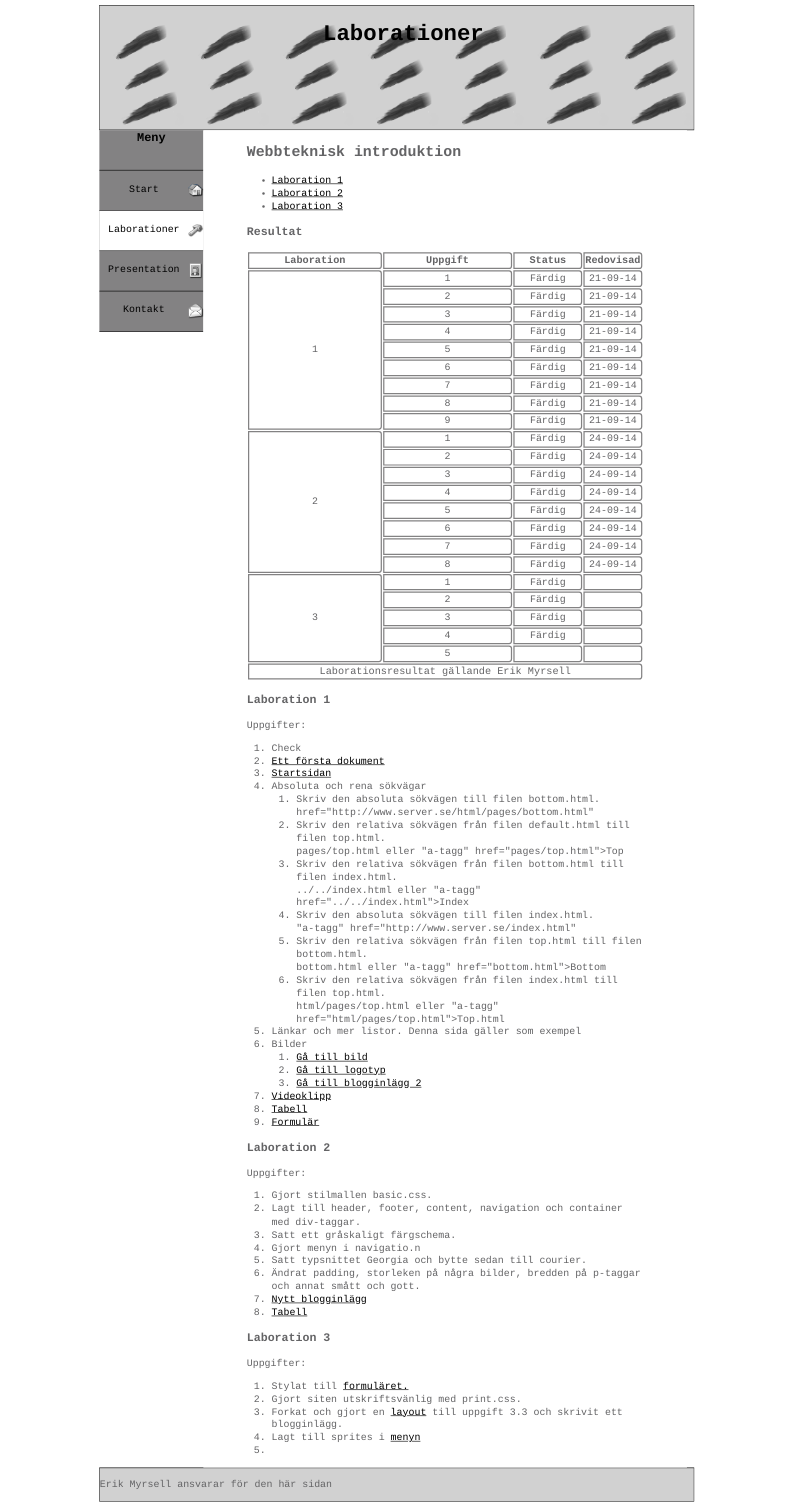
Repository: em222mt/1IK415_em222mt
Page: pages/laborationer.html
The author's editor kept a record of every edit. The page is drawn from the files as they stood at one moment, then again after the next edit.
The browser window is 1280 px wide. The pictures show the whole page, at 62% of full size.

Above is the page before.

### pages/laborationer.html
<!doctype html>
<html lang="sv">

<head>
    <meta charset="utf-8">
    <title>Laborationer</title>

    <link rel="stylesheet" href="../css/basic.css">
    <link rel="stylesheet" href="../css/print.css">
</head>

    <body>

        <div id="container">

            <div id="header">

            <h1 class="headertitle">Laborationer</h1>

            </div>


            <div id="navigation">

            <ul>
                <li>Meny</li>
                <li><a href="../index.html">Start</a><a id="home-icon" href="../index.html"></a></li>
                <li class="active"><a href="laborationer.html">Laborationer</a><a id="work-icon" href="laborationer.html"></a></li>
                <li><a href="presentation.html">Presentation</a><a id="bio-icon" href="presentation.html"></a></li>
                <li><a href="kontakt.html">Kontakt</a><a id="contact-icon" href="kontakt.html"></a></li>
            </ul>

            </div>

            <div id="content">
            <h2>Webbteknisk introduktion</h2>

            <ul>
                <li><a href="#labb1">Laboration 1</a></li>
                <li><a href="#labb2">Laboration 2</a></li>
                <li><a href="#labb3">Laboration 3</a></li>
            </ul>

            <h3>Resultat</h3>

            <table id="table">
                <thead>
                        <tr>
                            <th>Laboration</th>
                            <th>Uppgift</th>
                            <th>Status</th>
                            <th>Redovisad</th>
                        </tr>
                </thead>
                <tfoot>
                    <tr>
                        <td colspan="4">Laborationsresultat gällande Erik Myrsell</td>
                    </tr>
                </tfoot>
                <tbody>
                    <!--Laboration 1-->
                    <tr>
                        <td rowspan="9">1</td>
                        <td>1</td>
                        <td>Färdig</td>
                        <td>21-09-14</td>
                    </tr>

                    <tr>
                        <td>2</td>
                        <td>Färdig</td>
                        <td>21-09-14</td>
                    </tr>
                    <tr>
                        <td>3</td>
                        <td>Färdig</td>
                        <td>21-09-14</td>
                    </tr>
                    <tr>
                        <td>4</td>
                        <td>Färdig</td>
                        <td>21-09-14</td>
                    </tr>
                    <tr>
                        <td>5</td>
                        <td>Färdig</td>
                        <td>21-09-14</td>
                    </tr>
                    <tr>
                        <td>6</td>
                        <td>Färdig</td>
                        <td>21-09-14</td>
                    </tr>
                    <tr>
                        <td>7</td>
                        <td>Färdig</td>
                        <td>21-09-14</td>
                    </tr>
                    <tr>
                        <td>8</td>
                        <td>Färdig</td>
                        <td>21-09-14</td>
                    </tr>
                    <tr>
                        <td>9</td>
                        <td>Färdig</td>
                        <td>21-09-14</td>
                    </tr>
                    <!--Laboration 2-->
                    <tr>
                        <td rowspan="8">2</td>
                        <td>1</td>
                        <td>Färdig</td>
                        <td>24-09-14</td>
                    </tr>
                    <tr>
                        <td>2</td>
                        <td>Färdig</td>
                        <td>24-09-14</td>
                    </tr>
                    <tr>
                        <td>3</td>
                        <td>Färdig</td>
                        <td>24-09-14</td>
                    </tr>
                     <tr>
                        <td>4</td>
                        <td>Färdig</td>
                        <td>24-09-14</td>
                    </tr>
                     <tr>
                        <td>5</td>
                        <td>Färdig</td>
                        <td>24-09-14</td>
                    </tr>
                    <tr>
                        <td>6</td>
                        <td>Färdig</td>
                        <td>24-09-14</td>
                    </tr>
                     <tr>
                        <td>7</td>
                        <td>Färdig</td>
                        <td>24-09-14</td>
                    </tr>
                     <tr>
                        <td>8</td>
                        <td>Färdig</td>
                        <td>24-09-14</td>
                    </tr>
                    <!--Laboration 3-->
                    <tr>
                        <td rowspan="5">3</td>
                        <td>1</td>
                        <td>Färdig</td>
                        <td></td>
                    </tr>
                    <tr>
                        <td>2</td>
                        <td>Färdig</td>
                        <td></td>
                    </tr>
                    <tr>
                        <td>3</td>
                        <td>Färdig</td>
                        <td></td>
                    </tr>
                     <tr>
                        <td>4</td>
                        <td>Färdig</td>
                        <td></td>
                    </tr>
                     <tr>
                        <td>5</td>
                        <td></td>
                        <td></td>
                    </tr>

                </tbody>
            </table>

            <h3 id="labb1">Laboration 1</h3>

            <p>Uppgifter:</p>

            <ol>
                <li>Check</li>
                <li><a href="presentation.html">Ett första dokument</a></li>
                <li><a href="../index.html">Startsidan</a></li>
                <li>Absoluta och rena sökvägar
                    <ol>
                        <li>Skriv den absoluta sökvägen till filen bottom.html.<br>href="http://www.server.se/html/pages/bottom.html"</li>
                        <li>Skriv den relativa sökvägen från filen default.html till filen top.html.<br>pages/top.html eller "a-tagg" href="pages/top.html">Top</li>
                        <li>Skriv den relativa sökvägen från filen bottom.html till filen index.html.<br>../../index.html eller "a-tagg" href="../../index.html">Index</li>
                        <li>Skriv den absoluta sökvägen till filen index.html.<br> "a-tagg" href="http://www.server.se/index.html"</li>
                        <li>Skriv den relativa sökvägen från filen top.html till filen bottom.html.<br>bottom.html eller "a-tagg" href="bottom.html">Bottom</li>
                        <li>Skriv den relativa sökvägen från filen index.html till filen top.html.<br>html/pages/top.html eller "a-tagg" href="html/pages/top.html">Top.html</li>
                    </ol>
                </li>
                <li>Länkar och mer listor. Denna sida gäller som exempel</li>
                <li>Bilder
                    <ol>
                        <li><a href="presentation.html#biopic">Gå till bild</a></li>
                        <li><a href="../pics/Logo3.png">Gå till logotyp</a></li>
                        <li><a href="../index.html#post2">Gå till blogginlägg 2</a></li>
                    </ol>
                </li>
                <li><a href="../index.html#post3">Videoklipp</a></li>
                <li><a href="#table">Tabell</a></li>
                <li><a href="kontakt.html#form">Formulär</a></li>

            </ol>

            <h3 id="labb2">Laboration 2</h3>

            <p>Uppgifter:</p>

            <ol>
                <li>Gjort stilmallen basic.css.</li>
                <li>Lagt till header, footer, content, navigation och container med div-taggar.</li>
                <li>Satt ett gråskaligt färgschema.</li>
                <li>Gjort menyn i navigatio.n</li>
                <li>Satt typsnittet Georgia och bytte sedan till courier.</li>
                <li>Ändrat padding, storleken på några bilder, bredden på p-taggar och annat smått och gott.</li>
                <li><a href="../index.html#post4">Nytt blogginlägg</a></li>
                <li><a href="#table">Tabell</a></li>

            </ol>

            <h3 id="labb3">Laboration 3</h3>

            <p>Uppgifter:</p>

            <ol>
                <li>Stylat till <a href="kontakt.html#form">formuläret.</a></li>
                <li>Gjort siten utskriftsvänlig med print.css.</li>
                <li>Forkat och gjort en <a href="https://uppgift-3-3-c9-em222mt.c9.io/?_c9_id=livepreview0&_c9_host=https://ide.c9.io#">layout</a> till uppgift 3.3 och skrivit ett blogginlägg.</li>
                <li>Lagt till sprites i <a href="#navigation">menyn</a></li>
                <li></li>
            </ol>


            </div>

            <div id="footer">

                <p>Erik Myrsell ansvarar för den här sidan</p>

            </div>
        </div>
    </body>
</html>

### css/basic.css
/*
Background main: #FFFFFF
Background aside: #838283
Background header/footer: #D1D1D1
text-color: #646466
*/

/*Layout*/

a:link 	    { color: black; }
a:visited 	{ color: gray; }
a:focus 	{ color: #838283; }
a:hover	    { color: #6495ED; background-color: white;}
a:active 	{ color: #FFFFFF; }

/*Container*/

#container {
    max-width: 960px;
    overflow: auto;
    margin: 0 auto;
}

/*----------------------------------------*/

/*Header*/

#header {
    border-style: solid;
    border-width: 1px;
    width: 958px;
    background-color: #D1D1D1;
    background-image: url(../pics/Logo5.png);
    background-repeat: round;
    background-position: left;
    text-indent: 300px;
    height: 200px;
}

/*----------------------------------------*/

/*Navigation*/

#navigation{
    float: left;
    color: #646466;
    background-color: #838283;
    width: 168px;
}

#navigation li{
    border-bottom: 1px solid black;
    height: 64px;
}

#navigation a{
    float: left;
}

#navigation ul {
    list-style-type: none;
    margin: 0;
    padding: 0;
}

#navigation > ul > li:nth-child(1){
    color: black;
    font-weight: bold;
    font-size: 1.2em;
    text-align: center;
}

#navigation a:nth-child(2) {
    float: left;
    background-image: url(pics/sprite.png);
    display: block;
    width: 24px;
    height: 24px;
    position: relative;
    top: 20px;
}

#home-icon          { background-position: 0 -48px;}
#home-icon:hover    { background-position: 0 0;}

#work-icon          { background-position: 0 -144px; }
#work-icon:hover    { background-position: 0 -96px; }

#bio-icon           { background-position: 0 -240px;}
#bio-icon:hover     { background-position: 0 -192px;}

#contact-icon       { background-position: 0 -336px;}
#contact-icon:hover { background-position: 0 -288px;}


#navigation a:nth-child(1){
    display: block;
    width: 144px;
    height: 43px;
    padding-top: 20px;
    text-align: center;
    color: black;
    text-decoration: none;

}

#navigation li:hover:nth-child(n+2) { color: #6495ED; background-color: white;}

li.active {
    background-color: white;
}

/*----------------------------------------*/

/*Content*/

#content {
    float: left;
    max-width: 788px;
    background-color: #FFFFFF;
    padding-right: 70px;
    padding-left: 70px;
}

#content, p {
    color: #646466;
    font-family: courier , serif;
    line-height: 130%;
    width: 640px;
}

/*----------------------------------------*/

/*Footer*/

#footer {
    border-style: solid;
    border-width: 1px;
    clear: both;
    max-width: 958px;
    background-color: #D1D1D1;
}

/*----------------------------------------*/

/*Storleksanpassat bild i inlägg 2*/
#gubbe {
    max-width: 450px;
}

/*fonts*/
h1, h2, h3, ul, ol, li, form, a {
    color: #646466;
    font-family: courier , serif;
    line-height: 130%;
}

/*----------------------------------------*/

/*Tabell på laboration.html*/

#content table tr td {
    width: 40%;
    border: 2px solid #838283;
    text-align: center;
    border-top-right-radius: 5px;
    border-bottom-right-radius: 5px;

}

#table th {
    border: 2px solid #838283;
    font-size: 1.03em;
    border-top-right-radius: 5px;
    border-bottom-right-radius: 5px;
}

tfoot {
    font-size: 1.03em;
}

/*----------------------------------------*/

/*Lagt till padding för att bulka upp index- och kontaktsidan.*/
#blogg {
    padding-right: 30px;
    padding-left: 30px;
}

#contact {
    padding-right: 20px;
    padding-left: 20px;
}

/*----------------------------------------*/

/*Anpassat headerns text*/

.headertitle {
    text-indent: 360px;
    color: black;
    font-size: 2.25em;
}

/*----------------------------------------*/

/*Lagt till en bild vid blogginläggen*/

h3.entry {
    background-image: url(../pics/post.png);
    background-repeat: no-repeat;
    background-position: top left;
    text-indent: 35px;
}
.entrypic {
    float: right;
    width: 35%;
}

/*----------------------------------------*/

/*Formulär*/

#form fieldset {
    width: 350px;
    background-color: #D1D1D1;
}

.formframe {
    font-weight: bold;
}

.formunit {
    float: left;
    width: 100%;
}
/*----------------------------------------*/

### css/print.css
/*
Background main: #FFFFFF
Background aside: #838283
Background header/footer: #D1D1D1
text-color: #646466
*/

/*Layout*/

a:link 	    { color: black; }
a:visited 	{ color: gray; }
a:focus 	{ color: #838283; }
a:hover	    { color: #6495ED; }
a:active 	{ color: #FFFFFF; }

/*Tryck ihop text för utskrift och ändra färgr*/

@media print {
    a, h1, h2, h3, p, table {
        color: #000000;
        background-color: #ffffff;
        max-width: 500px;
    }
}

@media print {
    ul, ol, dl, li {
        color: #000000;
        background-color: #ffffff;
        max-width: 400px;
    }
}
/*--------------------------------------*/

/*Content*/
@media print {
    #content {
        color: #000000;
        background-color: #ffffff;
        /*display: none;*/
        border: none;
        max-width: 960px;
    }
}
/*--------------------------------------*/

/*Dölj bilder och annan media*/

@media print {
    #gubbe {
        display: none;
    }
}

@media print {
#blogg > div:nth-child(2) > img {
    display: none;
}
}

@media print {
.video {
    display: none;
}
}

@media print {
#bild {
    display: none;
}
}
/*--------------------------------------*/

@media print{
       a:after{content:" (" attr(href) ") ";

       }
}
/*Navigation*/

@media print {
#navigation {
    display: none;
    border: none;
    color: #ffffff;
    background-color: #ffffff;
    }
}
/*--------------------------------------*/

/*header*/

@media print {
    #header {
        color: #ffffff;
        background-color: #ffffff;
        display: none;
        border: none;
        border-style: none;
    }
}
/*--------------------------------------*/

/*header*/
@media print {
    #footer {
        color: #000000;
        background-color: #ffffff;
        display: none;
        border: none;
        border-style: none;
    }
}
/*--------------------------------------*/

Loaded but not shown: css/screen.css (empty)

After the next edit:
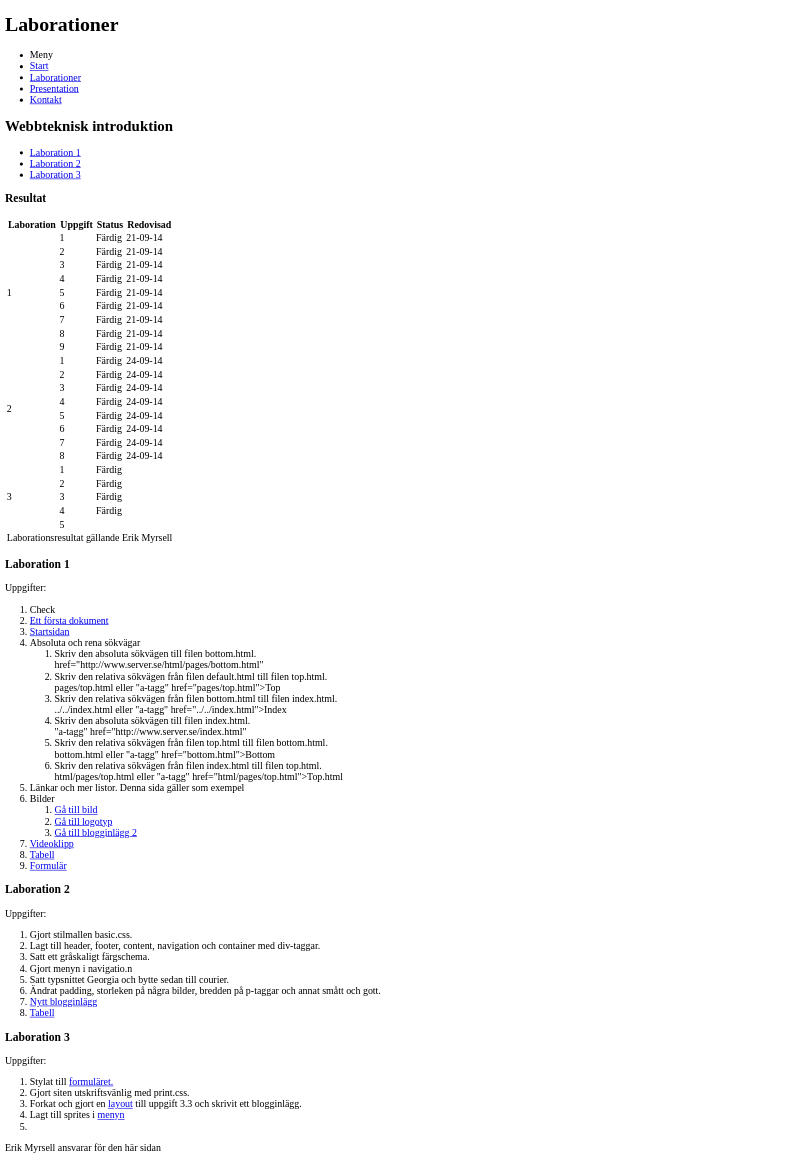
The edit:
--- a/pages/laborationer.html
+++ b/pages/laborationer.html
@@ -3,10 +3,13 @@
 
 <head>
     <meta charset="utf-8">
-    <title>Laborationer</title>
-
-    <link rel="stylesheet" href="../css/basic.css">
-    <link rel="stylesheet" href="../css/print.css">
+    <meta name="viewport" content="width=device-width, initial scale=1.0">
+
+    <title>Kontakt</title>
+
+    <link rel="stylesheet" media="only screen and(min-width 482px)" href="css/basic.css">
+    <link rel="stylesheet" media="print" href="../css/print.css">
+    <link rel="stylesheet" media="screen and(min-width 481px)" href="../css/screen.css">
 </head>
 
     <body>

After the 5 edits that followed:
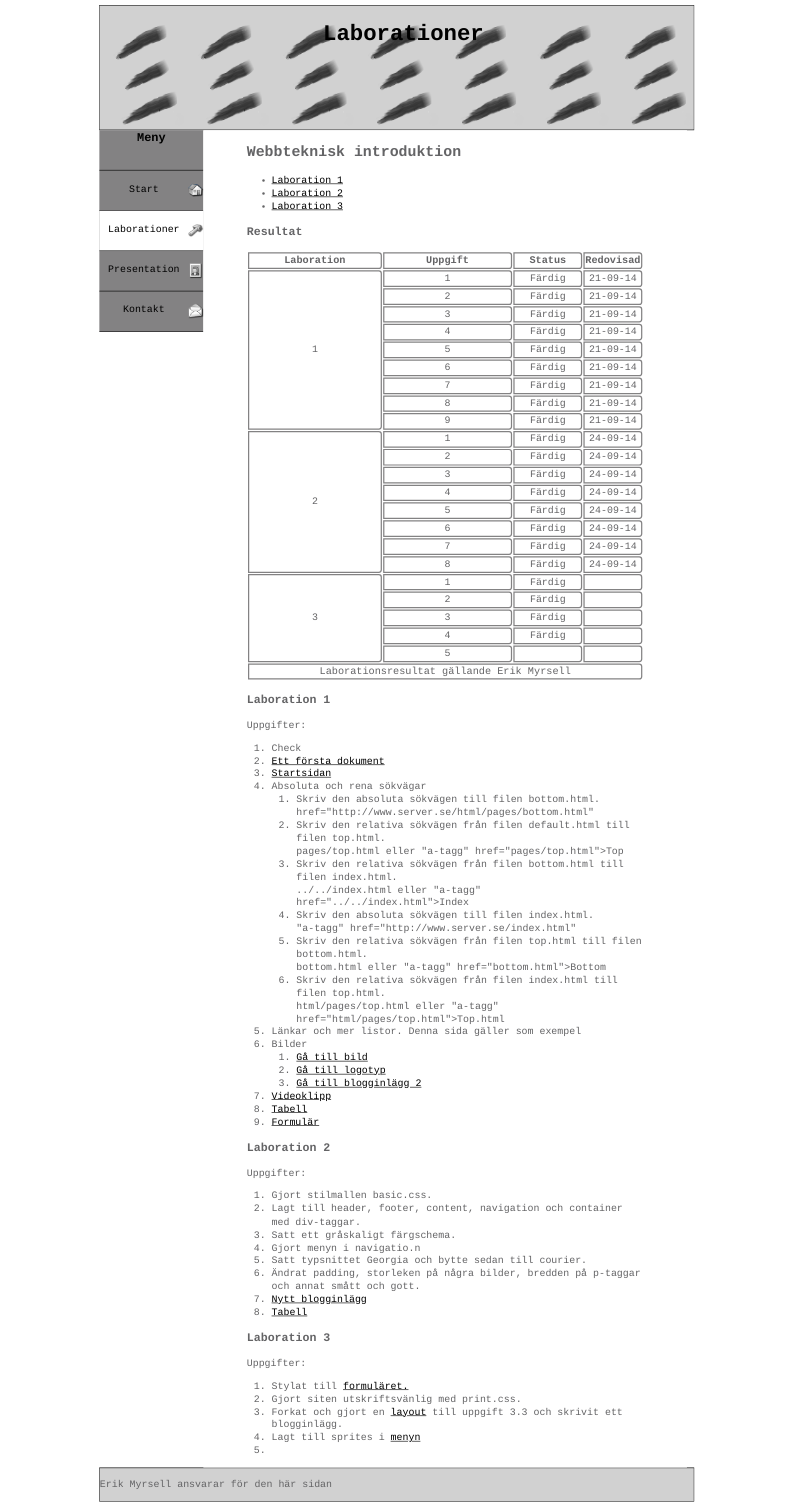
The 5 edits are shown as one change because 4 left the picture as it was.
The edit:
--- a/pages/laborationer.html
+++ b/pages/laborationer.html
@@ -5,11 +5,12 @@
     <meta charset="utf-8">
     <meta name="viewport" content="width=device-width, initial scale=1.0">
 
-    <title>Kontakt</title>
-
-    <link rel="stylesheet" media="only screen and(min-width 482px)" href="css/basic.css">
+    <title>Laborationer</title>
+
+    <link rel="stylesheet" media="only screen and (min-width: 482px)" href="../css/basic.css">
     <link rel="stylesheet" media="print" href="../css/print.css">
-    <link rel="stylesheet" media="screen and(min-width 481px)" href="../css/screen.css">
+    <link rel="stylesheet" media="screen and(max-width 481px)" href="../css/screen.css">
+
 </head>
 
     <body>
